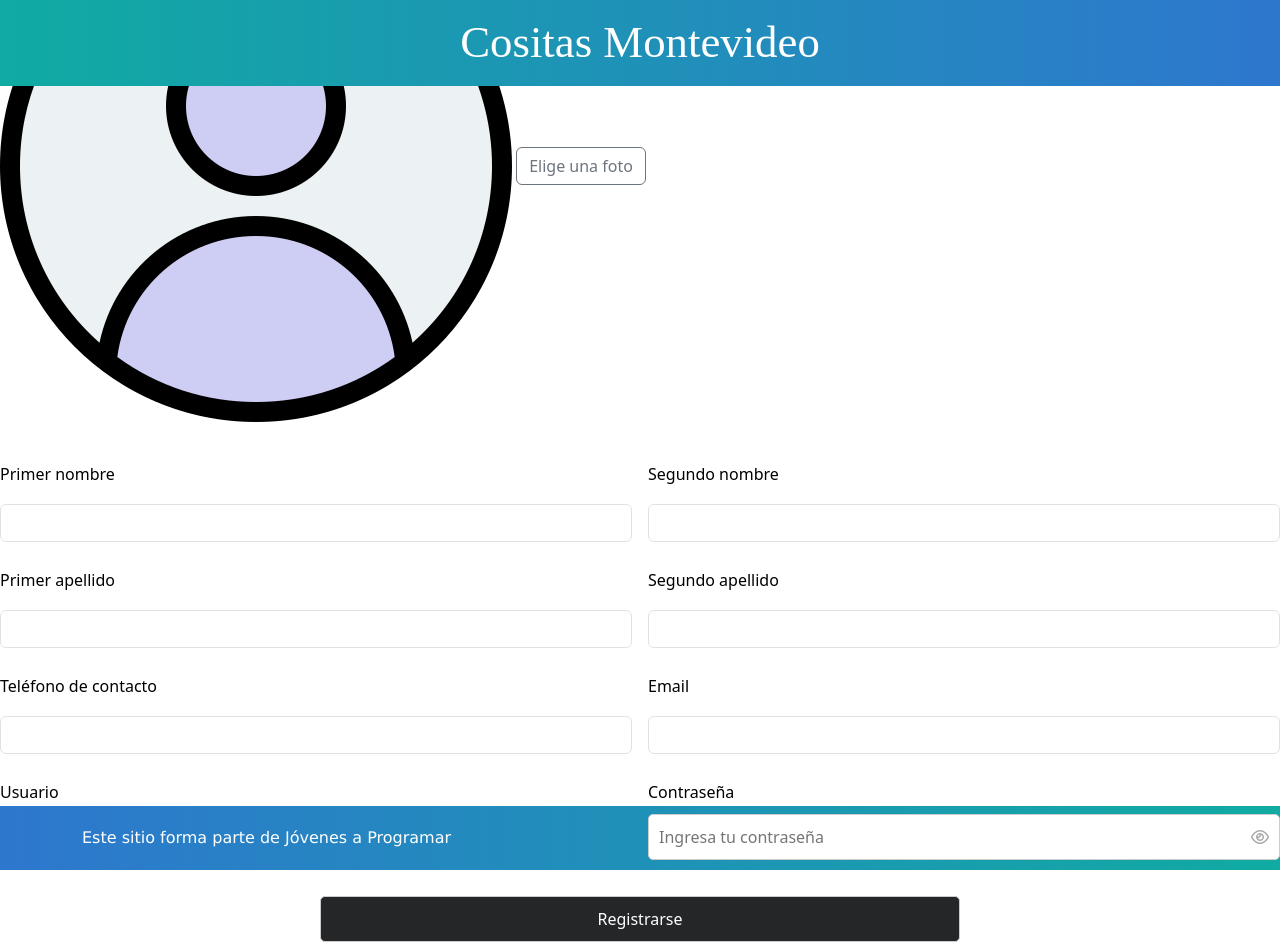
Repository: naticab/proyecto-dw
Page: registration.html
The author's editor kept a copy of each file at every save. The page is drawn from the files as they stood at one save, then again after the next save.
The browser window is 1280 px wide. The page is 1288 px wide, then 1280 px, so the pictures cover 1288 px, including what lies to the right of the window. The pictures show the whole page.
Some web fonts or font styles are not loaded; a fallback is used.

Above is the page before, as saved 2024-10-22 21:55:49.

### registration.html
<!DOCTYPE html>
<html lang="es">

<head>
    <meta charset="UTF-8">
    <meta name="viewport" content="width=device-width, initial-scale=1, shrink-to-fit=no">
    <title>eMercado - Todo lo que busques está aquí</title>

    <link href="https://fonts.googleapis.com/css?family=Raleway:300,300i,400,400i,700,700i,900,900i" rel="stylesheet">
    <link href="css/bootstrap.min.css" rel="stylesheet">
    <link href="https://cdn.jsdelivr.net/npm/bootstrap@5.3.0/dist/css/bootstrap.min.css" rel="stylesheet">
    <link href="https://cdn.jsdelivr.net/npm/@fortawesome/fontawesome-free/css/all.min.css" rel="stylesheet">
    <link href="css/styles.css" rel="stylesheet" type="text/css">
    <link rel="stylesheet" href="css/login.css" type="text/css">
    <link href="css/header-and-footer.css" rel="stylesheet">
    <link href="https://fonts.googleapis.com/css2?family=Love+Ya+Like+A+Sister&display=swap" rel="stylesheet">
</head>

<body>

    <header>
        <div class="header-container">
            <h1>Cositas Montevideo</h1>
        </div>
    </header>


    <main>
        <div class="profile-container">
            <div class="profile-image">
                <img src="img/usuario.png" id="profilePic" alt="avatar">
                <input type="file" name="foto" id="foto" accept="image/*" style="display: none;" />
                <label for="foto" class="btn btn-outline-secondary">Elige una foto</label>
            </div>
            <form method="post" class="row g-3 mt-4" id="myForm">
                <div class="col-md-6">
                    <label for="nombre1" class="form-label">Primer nombre</label>
                    <input type="text" class="form-control" id="nombre1" name="nombre" required>
                    <div class="invalid-feedback">Debe ingresar un nombre.</div>
                </div>
                <div class="col-md-6">
                    <label for="nombre2" class="form-label">Segundo nombre</label>
                    <input type="text" class="form-control" id="nombre2" name="nombre2">
                </div>
                <div class="col-md-6">
                    <label for="apellido1" class="form-label">Primer apellido</label>
                    <input type="text" class="form-control" id="apellido1" name="apellido" required>
                    <div class="invalid-feedback">Debe ingresar un apellido.</div>
                </div>
                <div class="col-md-6">
                    <label for="apellido2" class="form-label">Segundo apellido</label>
                    <input type="text" class="form-control" id="apellido2" name="apellido2">
                </div>
                <div class="col-md-6">
                    <label for="telefono" class="form-label">Teléfono de contacto</label>
                    <input type="tel" class="form-control" id="telefono" name="telefono">
                </div>
                <div class="col-md-6">
                    <label for="email" class="form-label">Email</label>
                    <input type="email" class="form-control" id="email" name="email" required>
                    <div class="invalid-feedback">Debe ingresar un email.</div>
                </div>
                <div class="col-md-6">
                    <label for="username">Usuario</label>
                    <input type="text" id="username" name="username" placeholder="Ingresa tu usuario">
                </div>
                <div class="col-md-6">
                    <label for="password">Contraseña</label>
                    <div class="password-container">
                        <input type="password" id="password" name="password" placeholder="Ingresa tu contraseña">
                        <i class="far fa-eye" id="togglePassword"></i>
                    </div>
                </div>
                <div class="col-12 text-center">
                    <button type="submit" id="button">Registrarse</button>
                </div>
            </form>
        </div>
    </main>


    <footer class="text-center py-2">
        <div class="container">
            <div class="footer-content">
                <p class="footer-text">Este sitio forma parte de <a class="footer-link"
                        href="https://jovenesaprogramar.edu.uy/" target="_blank">Jóvenes a Programar</a></p>
                <p class="footer-link-end">
                    <a class="footer-link" href="#">Volver arriba</a>
                </p>
            </div>
        </div>
    </footer>
</body>

</html>

### css/styles.css
.jumbotron,
.card-body,
.container,
.site-header {
  font-family: 'Verdana', serif !important;
}

.row {
  color: black;
}

#login-heading {
  font-size: 2rem;
}

.jumbotron .display-4 {
  font-weight: bold;
}

h2 {
  font-size: 2rem;
}

nav a {
  text-decoration: none;
}

.bd-placeholder-img {
  font-size: 1.125rem;
  text-anchor: middle;
  -webkit-user-select: none;
  -moz-user-select: none;
  -ms-user-select: none;
  user-select: none;
}

@media (min-width: 768px) {
  .bd-placeholder-img-lg {
    font-size: 3.5rem;
  }
}

.jumbotron {
  height: 50vh;
  padding: 5em inherit;
  margin-bottom: 0;
  background-color: #53C0FB;
  background: url('../img/cover_back.png');
  background-size: cover;
  background-position: center;
  background-repeat: no-repeat;
  color: black;
  font-weight: bold;
}

@media (min-width: 768px) {
  .jumbotron {
    padding-top: 6rem;
    padding-bottom: 6rem;
  }
}

.jumbotron p:last-child {
  margin-bottom: 0;
}

.jumbotron-heading {
  font-weight: 300;
}

.jumbotron .container {
  max-width: 40rem;
  background-color: rgba(255, 255, 255, 0.5);
  border-radius: 10px;
  text-shadow: 1px 1px 2px grey;
}

.jumbotron .lead {
  font-size: 38px;
}

.dropzone {
  border: 2px dashed #0087F7;
  border-radius: 5px;
  background: white;
}

.img-fit {
  max-height: 100%;
}

.alert {
  position: fixed;
  top: 80px;
  width: 50%;
  left: 50%;
  transform: translate(-50%, 0);
}

.lds-ring {
  display: inline-block;
  position: relative;
  width: 64px;
  height: 64px;
  top: 50%;
  left: 50%;
}

.cursor-active {
  cursor: pointer;
}

.left {
  float: left;
  padding: 4px;
  background-color: rgba(255, 255, 255, 0.5);
}

.lds-ring div {
  box-sizing: border-box;
  display: block;
  position: absolute;
  width: 51px;
  height: 51px;
  margin: 6px;
  border: 6px solid #fff;
  border-radius: 50%;
  animation: lds-ring 1.2s cubic-bezier(0.5, 0, 0.5, 1) infinite;
  border-color: #fff transparent transparent transparent;
}

.lds-ring div:nth-child(1) {
  animation-delay: -0.45s;
}

.lds-ring div:nth-child(2) {
  animation-delay: -0.3s;
}

.lds-ring div:nth-child(3) {
  animation-delay: -0.15s;
}

@keyframes lds-ring {
  0% {
    transform: rotate(0deg);
  }

  100% {
    transform: rotate(360deg);
  }
}

.signin {
  width: 100%;
  max-width: 330px;
  padding: 15px;
  margin: auto;
}

#spinner-wrapper {
  position: fixed;
  background-color: rgba(0, 0, 0, 0.5);
  width: 100%;
  height: 100%;
  top: 0;
  left: 0;
  z-index: 1021;
  display: none;
}

main {
  min-height: calc(100vh - 210px);
}

a.custom-card,
a.custom-card:hover {
  color: inherit;
  text-decoration: inherit;
}

.checked {
  color: orange;
}

### css/login.css
body {
    display: flex;
    flex-direction: column;
    height: 100vh; /* Asegura que el body ocupe toda la altura de la ventana */
    margin: 0;
    padding: 0;
}

main {
    display: flex;
    justify-content: center;
    align-items: center;
}


.login-container {
    width: 30em;
    text-align: center;
}

input, button {
    width: 100%;
    padding: 10px;
    margin: 10px 0;
    border-radius: 5px;
    border: 1px solid #ccc;
}

button {
    width: 50%;
    background-color: #252628;
    color: white;
    cursor: pointer;
}

button:hover {
    background-color: #3f3f3f;
}


.password-container {
    position: relative;
}

.password-container i {
    position: absolute;
    right: 10px;
    top: 50%;
    transform: translateY(-50%);
    cursor: pointer;
    color: #aaa;
}


header {
    background: #121219;
    color: #fff;
    width: 100%;
    display: flex;
    justify-content: center;
    align-items: center;
    padding: 1rem 0;
    box-sizing: border-box; /* Asegúrate de que el padding no afecte el ancho total */
    margin: 0;
}

.header-container {
    width: 100%;
    text-align: center;
}

h1 {
    font-family: "Love Ya Like A Sister", cursive;
    margin: 0;
}



@media (max-width: 768px) {
    .login-container {
        width: 25em;
    }
}

@media (max-width: 576px) {

    body {
        background-color: #AAA8A4;
    }

    .login-container {
        width: 20em;
        padding: 15px;
    }

    button {
        width: 50%;
    }

    input {
        margin: 5px 0;
    }

    footer {
        visibility: hidden;
    }
}

### css/header-and-footer.css
header {
    background: linear-gradient(to right, #10ABA2, #2E77CE);
    color: #fff;
    position: relative;
}

h1 {
    font-family: "Love Ya Like A Sister", cursive;
    font-size: 2.8rem;
}

a#inicio {
    color: #f1f1f1;
    text-decoration: none;
}

a#inicio:hover {
    color: white;
    transition: color 0.3s, text-shadow 0.3s;
}

.subtitulos-header {
    font-size: 1.2rem;
}

a.nav-link {
    color: #f1f1f1;
}

a.nav-link:hover {
    color: #9b9a9b;
    transition: color 0.3s, text-shadow 0.3s;
    transform: scale(1.05);
}

/* Espaciado entre los elementos del menú */
.navbar-nav .nav-item {
    margin-right: 40px;
}

.navbar-nav .nav-item:last-child {
    margin-right: 0;
    /* Quitar margen derecho al último elemento */
}

#user-name.nav-link {
    color: #f1f1f1;
}

#user-name.nav-link:hover {
    color: #9b9a9b;
    transform: scale(1.05);
    transition: color 0.3s, text-shadow 0.3s;
}

.navbar-collapse {
    justify-content: flex-end;
}

.navbar-toggler:hover {
    cursor: pointer;
}


.user-avatar {
    border-radius: 50%;
    width: 50px;
    height: 50px;
}

.user-avatar:hover {
    transform: scale(1.10);
    transition: 0.3s;
}

.navbar-nav .dropdown-menu {
    background: linear-gradient(to right, #10ABA2, #2E77CE);
    border: none;
}

.navbar-nav .dropdown-menu:hover {
    cursor: pointer;
    color: #9b9a9b;
    transition: color 0.3s, text-shadow 0.3s;
}

.dropdown-toggle::after {
    display: none;
}

.navbar-nav .nav-link {
    display: flex;
    align-items: center;
    height: 100%;
    padding: 0.5rem 0;
}



/* Modo Claroscuro */

/* Modo Claro */
body.light-mode {
    background-color: #edf2f374;
}

body.light-mode .product-card:hover {
    box-shadow: 0 4px 8px #16161633;
    background-color: #bef3ff91;
    cursor: pointer;
}

body.light-mode .related-products:hover {
    box-shadow: #00000033;
    background-color: #bef3ff91;
    cursor: pointer;
}



/* Modo Oscuro */
body.dark-mode {
    background-color: #262729;
    color: rgb(208, 208, 208);
}

body.dark-mode .product-card:hover {
    box-shadow: 0 4px 8px #16161633;
    background-color: #bef3ff;
    cursor: pointer;
}

body.dark-mode .related-products:hover {
    box-shadow: #00000033;
    background-color: #bef3ff;
    cursor: pointer;
}

body.dark-mode .color-letters {
    color: white;
}


/* Palanca para activar el claroscuro */

#mode-toggle {
    border: none;
    outline: none;
    box-shadow: none;
}

#mode-toggle i {
    transition: color 0.3s;
    font-size: 1.2rem;
    cursor: pointer;
    color: #ffffff;
}

#mode-toggle:hover {
    background: none;
    transform: scale(1.05);
}

#mode-toggle:hover .fa-sun {
    color: #ffd700;
}

#mode-toggle:hover .fa-moon {
    color: #000000;
}



/* Cart */

#cart-button {
    border: none;
    outline: none;
    box-shadow: none;
    background-color: transparent;
}

#cart-button i {
    transition: color 0.3s;
    font-size: 1.2rem;
    color: #ffffff;
}

#cart-button i:hover {
    color: #9B9A9B;
    transform: scale(1.05);
}




@media (max-width: 995px) {

    .hamburger {
        display: flex;
        flex-direction: row;
        align-items: center;
        justify-content: space-between;
    }

    .navbar-toggler {
        position: relative;
        right: 0;
    }

    .navbar-collapse {
        display: none;
        position: absolute;
        top: 148%;
        left: -45px;
        width: 270%;
        z-index: 999;
        flex-direction: column-reverse;
        align-items: center;
        justify-content: center;
    }

    .navbar-collapse.show {
        display: flex;
    }

    .navbar-nav {
        background: linear-gradient(to right, #10ABA2, #2E77CE);
        color: #fff;
        padding: 1.5rem;
        border-radius: 0 0 100px 100px;
        font-weight: bold;
        text-align: center;
        display: flex;
        justify-content: center;
        /* Centra horizontalmente todos los li */
        align-items: center;
        /* Centra verticalmente los li */
        width: 100%;
    }

    .navbar-toggler-icon {
        background-image: url('data:[embedded picture, 238 characters]');
        filter: brightness(0) invert(1);
        /* Cambia el icono a blanco */
    }

    .navbar-toggler:focus {
        outline: none;
        box-shadow: none;
    }


    .navbar-nav:hover {
        cursor: pointer;
    }

    a.nav-link:hover {
        color: #9b9a9b;
        transition: color 0.3s, text-shadow 0.3s;
        transform: scale(1.05);
    }

    .navbar-nav .nav-item {
        margin: 10px 0;
    }
}


footer {
    background: linear-gradient(to right, #2E77CE, #10ABA2);
    color: #fff;
    min-height: 4rem;
    display: flex;
    justify-content: center;
    align-items: center;
    padding: 0 1rem;
}

.container {
    width: 100%;
}

.footer-content {
    display: flex;
    justify-content: space-between;
    width: 100%;
    align-items: center;
}

.footer-text {
    margin: 0;
    text-align: center;
}

.footer-link-end {
    margin: 0;
    text-align: right;
}

.footer-link {
    color: #fff;
    text-decoration: none;
}

.footer-link:hover {
    color: #9b9a9b;
    transition: color 0.3s, text-shadow 0.3s;
    transform: scale(1.05);
}


/* Menú desplegable del usuario */

@media (max-width: 995px) {
    .navbar-nav .dropdown-menu {
        width: auto;
        min-width: 150px;
        max-width: 200px;
        left: 0;
        right: auto;
        top: 100%;
        position: relative;
        z-index: 1000;
    }

    .dropdown-menu>li {
        padding: 0.05rem;

    }

    .dropdown-item {
        width: 100%;
        white-space: normal;
    }
}

main {
    min-height: 100vh;
    /* El contenido ocupará al menos el 100% de la altura de la ventana */
    padding-bottom: 30px;
    /* Da espacio suficiente para que el contenido no se superponga con el footer */
    box-sizing: border-box;
}

### css/registration.css
body {
    display: flex;
    flex-direction: column;
    height: 100vh; /* Asegura que el body ocupe toda la altura de la ventana */
    margin: 0;
    padding: 0;
}

main {
    display: flex;
    justify-content: center;
    align-items: center;
}


.login-container {
    width: 30em;
    text-align: center;
}

input, button {
    width: 100%;
    padding: 10px;
    margin: 10px 0;
    border-radius: 5px;
    border: 1px solid #ccc;
}

button {
    width: 50%;
    background-color: #252628;
    color: white;
    cursor: pointer;
}

button:hover {
    background-color: #3f3f3f;
}


.password-container {
    position: relative;
}

.password-container i {
    position: absolute;
    right: 10px;
    top: 50%;
    transform: translateY(-50%);
    cursor: pointer;
    color: #aaa;
}


header {
    background: #121219;
    color: #fff;
    width: 100%;
    display: flex;
    justify-content: center;
    align-items: center;
    padding: 1rem 0;
    box-sizing: border-box; /* Asegúrate de que el padding no afecte el ancho total */
    margin: 0;
}

.header-container {
    width: 100%;
    text-align: center;
}

h1 {
    font-family: "Love Ya Like A Sister", cursive;
    margin: 0;
}



@media (max-width: 768px) {
    .login-container {
        width: 25em;
    }
}

@media (max-width: 576px) {

    body {
        background-color: #AAA8A4;
    }

    .login-container {
        width: 20em;
        padding: 15px;
    }

    button {
        width: 50%;
    }

    input {
        margin: 5px 0;
    }

    footer {
        visibility: hidden;
    }
}







.bd-placeholder-img {
    font-size: 1.125rem;
    text-anchor: middle;
    -webkit-user-select: none;
    -moz-user-select: none;
    -ms-user-select: none;
    user-select: none;
  }

  @media (min-width: 768px) {
    .bd-placeholder-img-lg {
      font-size: 3.5rem;

    }

    html,
    body {
      height: 100%;
      margin: 0;
    }
  }

  body {
    background-color: #eeeeee;
    height: 100vh;
    background: linear-gradient(to bottom, #cccccc 300px, #eeeeee 300px);
  }

  .profile-container {
    display: flex;
    flex-direction: column;
    align-items: center;
    padding-top: 50px;
    margin: 0 auto;
    max-width: 800px;
    /* Puedes ajustar esto según el diseño que quieras */
    padding: 50px 20px 20px 20px;
    height: 100%;
  }

  .profile-image img {
    border-radius: 50%;
    width: 150px;
    height: 150px;
  }

  form {
    max-width: 800px;
    width: 100%;
  }

  label {
    display: block;
    text-align: center;
  }

  button {
    margin-top: 20px;
  }

  input {
    display: block;
    margin: 0 auto;
  }

  .row {
    display: flex;
    flex-wrap: wrap;
    justify-content: center;
  }

  .col-md-6 {
    width: 50%;
    padding: 10px;
  }

  .btn-outline-secondary {
    display: block;
    margin-top: 10px;
  }

Loaded but not shown: css/bootstrap.min.css (library)

After the next save:
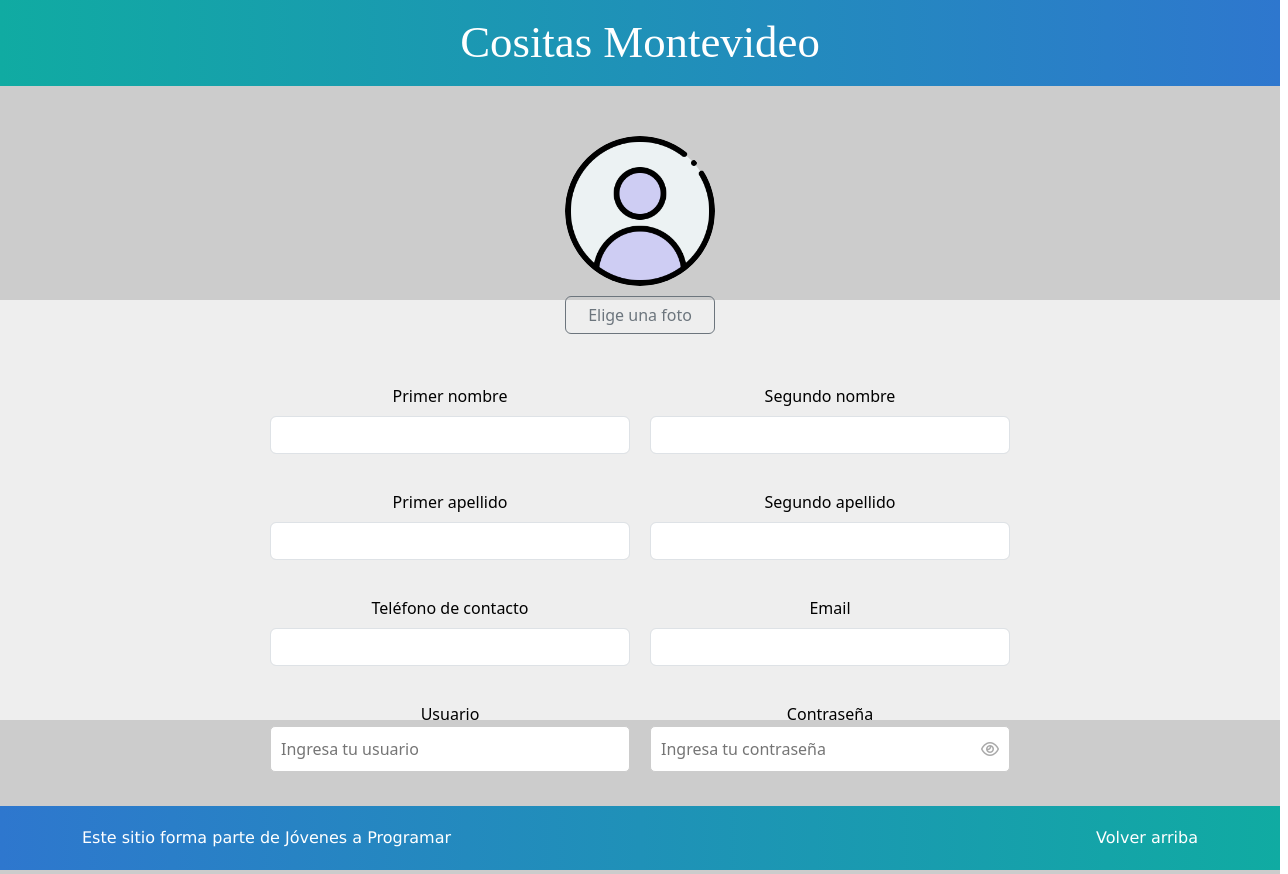
Saved 16 s later.
--- a/registration.html
+++ b/registration.html
@@ -11,7 +11,7 @@
     <link href="https://cdn.jsdelivr.net/npm/bootstrap@5.3.0/dist/css/bootstrap.min.css" rel="stylesheet">
     <link href="https://cdn.jsdelivr.net/npm/@fortawesome/fontawesome-free/css/all.min.css" rel="stylesheet">
     <link href="css/styles.css" rel="stylesheet" type="text/css">
-    <link rel="stylesheet" href="css/login.css" type="text/css">
+    <link rel="stylesheet" href="css/registration.css" type="text/css">
     <link href="css/header-and-footer.css" rel="stylesheet">
     <link href="https://fonts.googleapis.com/css2?family=Love+Ya+Like+A+Sister&display=swap" rel="stylesheet">
 </head>
